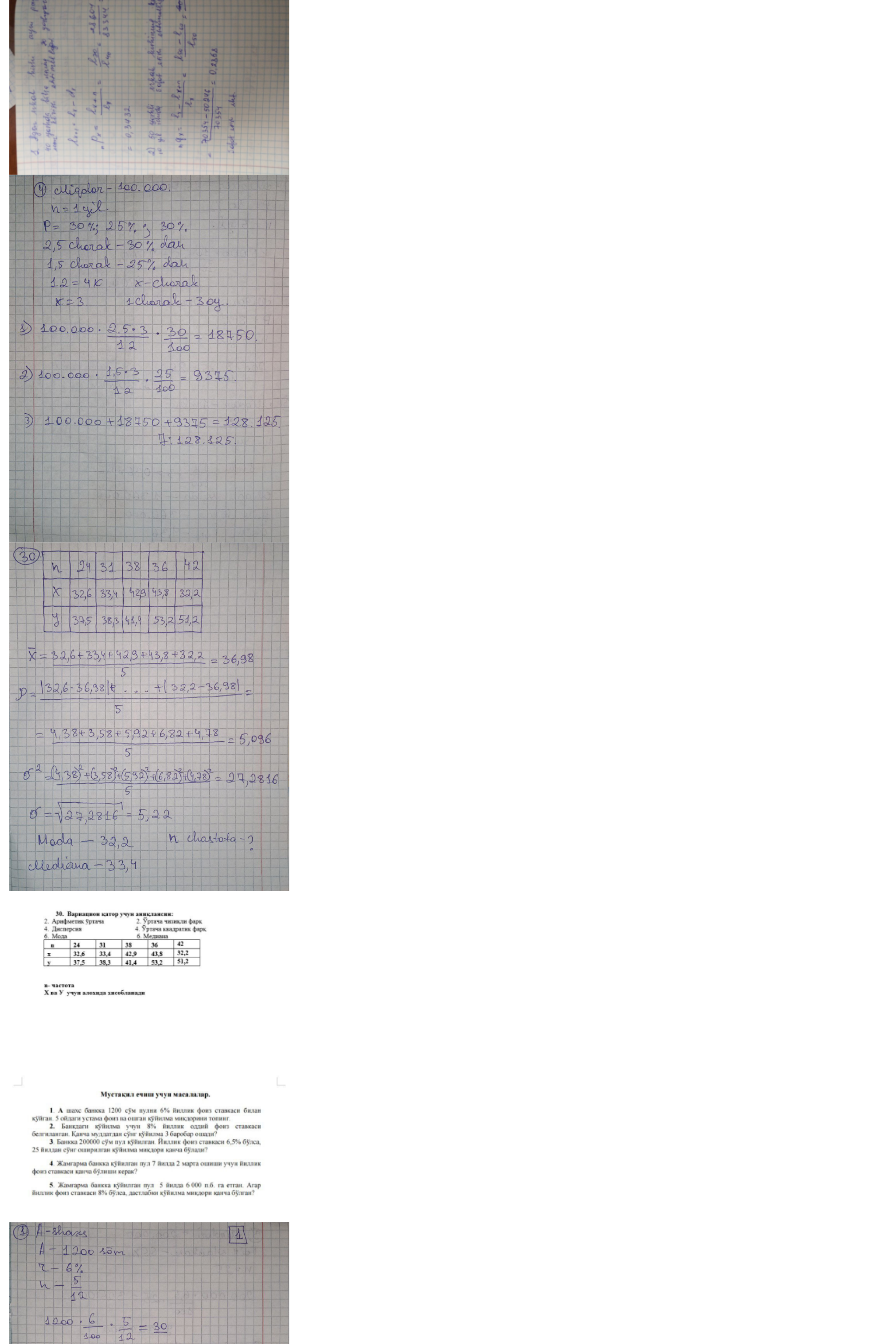
Repository: Ikromkhurozov/exam-inst
Page: index.html
The author's editor kept a copy of each file at every save. The page is drawn from the files as they stood at one save, then again after the next save.
The browser window is 1280 px wide. The pictures show the part of the page from y = 3677 to 5597 px (the page is 8336 px tall before and 8110 px after), at 70% of full size.

Above is the page before, as saved 2023-05-26 09:57:31.

After the next save:
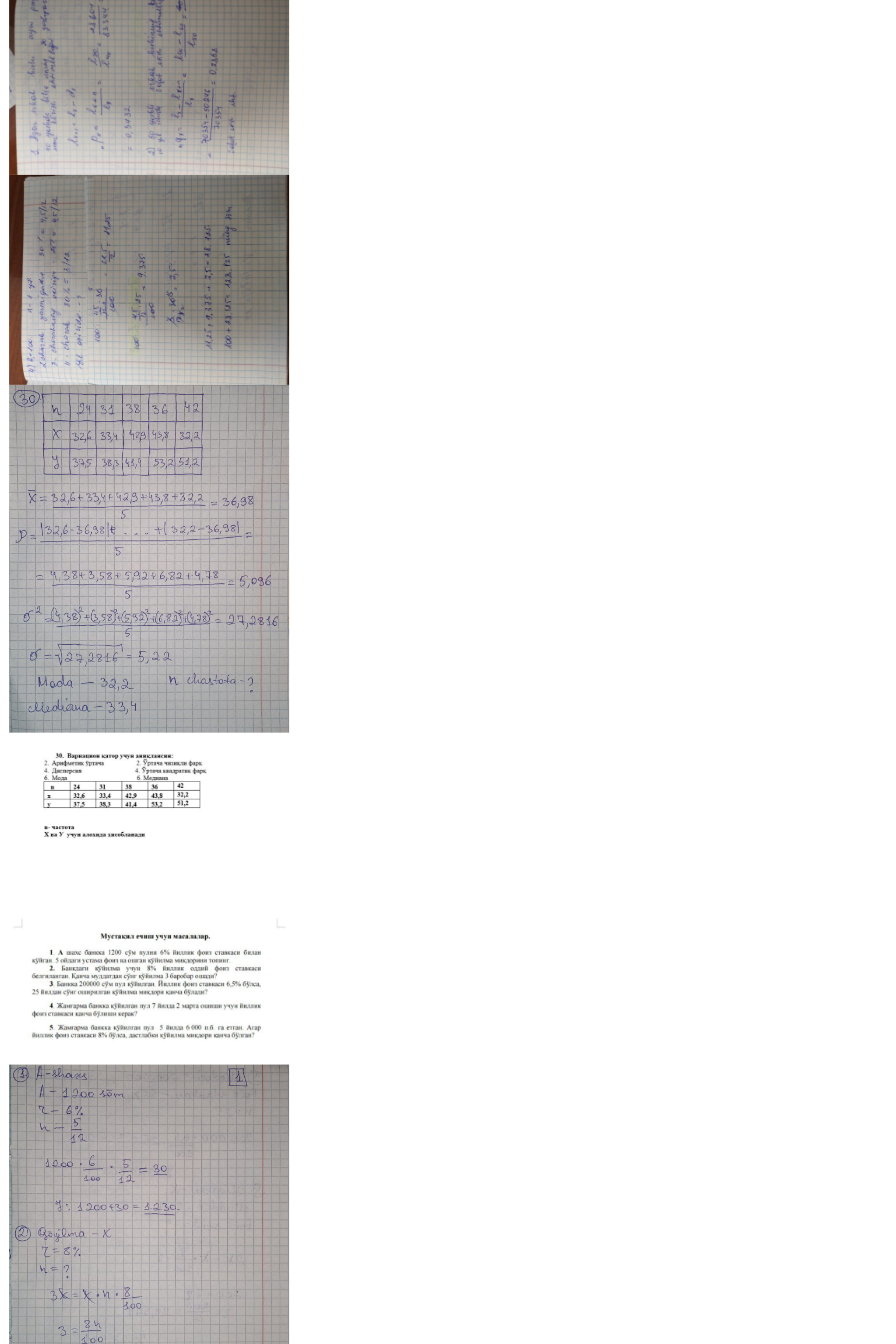
Saved 10 s later.
--- a/index.html
+++ b/index.html
@@ -35,7 +35,7 @@
   <img src="/c.jpg" alt="p2">
   <img src="/d.jpg" alt="p3">
   <img src="/e.jpg" alt="p4">
-  <img src="/6.jpg" alt="p2">
+  <img src="/f.jpg" alt="p2">
   <img src="/7.jpg" alt="p3">
   <img src="/8.jpg" alt="p3">
 
